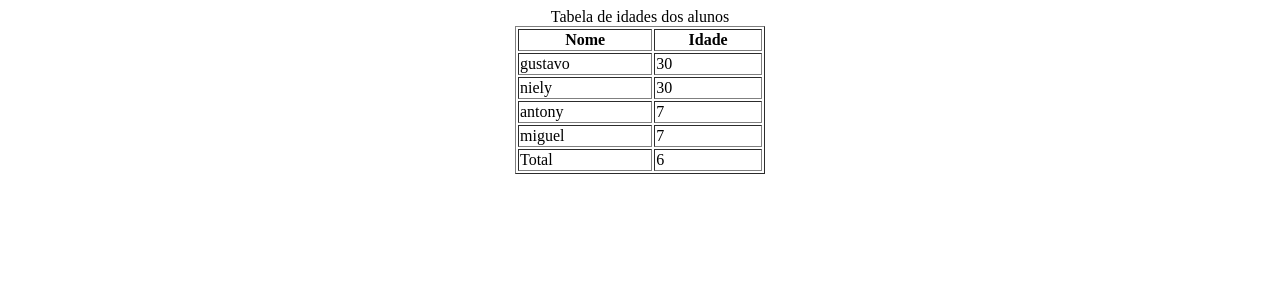
Repository: gustavotwist/html-css
Page: tabl.html
These files come from the project's save history. The page is drawn as it stood at one moment and after a run of saves; the edit follows.
The browser window is 1280 px wide. The pictures show the whole page.

Above is the page before, as saved 2024-04-27 20:09:03.

After the next 2 saves:
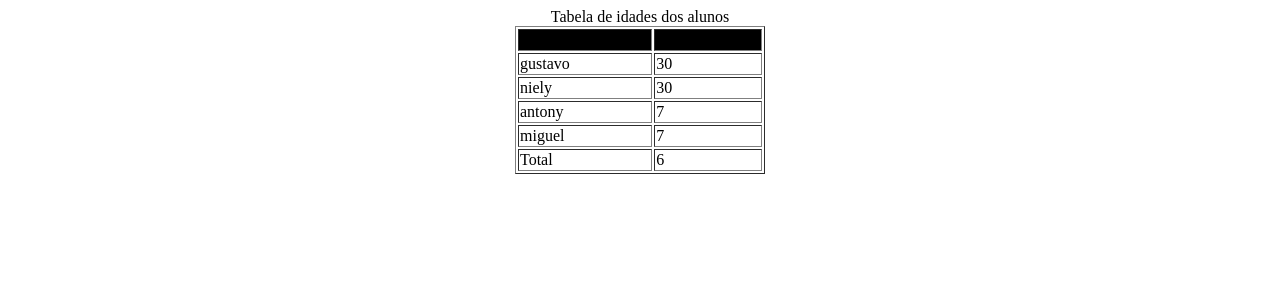
The 2 saves are shown as one change because they came seconds apart.
The last was saved 7 s later.
--- a/tabl.html
+++ b/tabl.html
@@ -6,7 +6,7 @@
     <title>tabelas</title>
     <style>
         table thead th {
-            background-color:;
+            background-color: black;
         }
     </style>
 </head>
